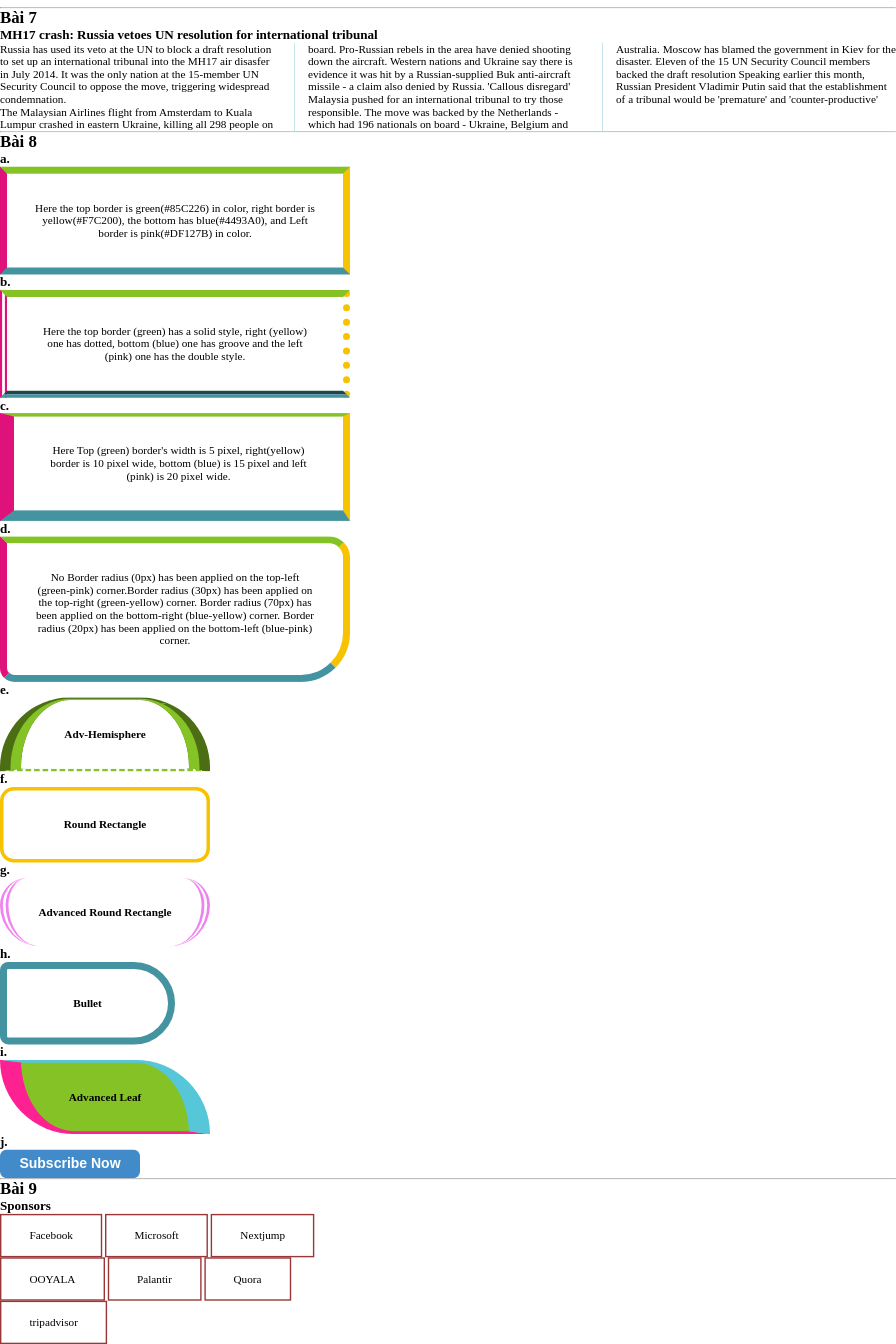
Repository: hoangnguyen1903/STT_21084321_NguyenHuyHoang_DHKHMT17B
Page: html/index.html
An editor plug-in stored every save of this project. The page is shown before and after the next save, followed by the edit.
The browser window is 1280 px wide. The pictures show the part of the page from y = 2313 to 4233 px (the page is 4233 px tall before and 4109 px after), at 70% of full size.

Above is the page before, as saved 2023-03-03 15:19:36.

After the next save:
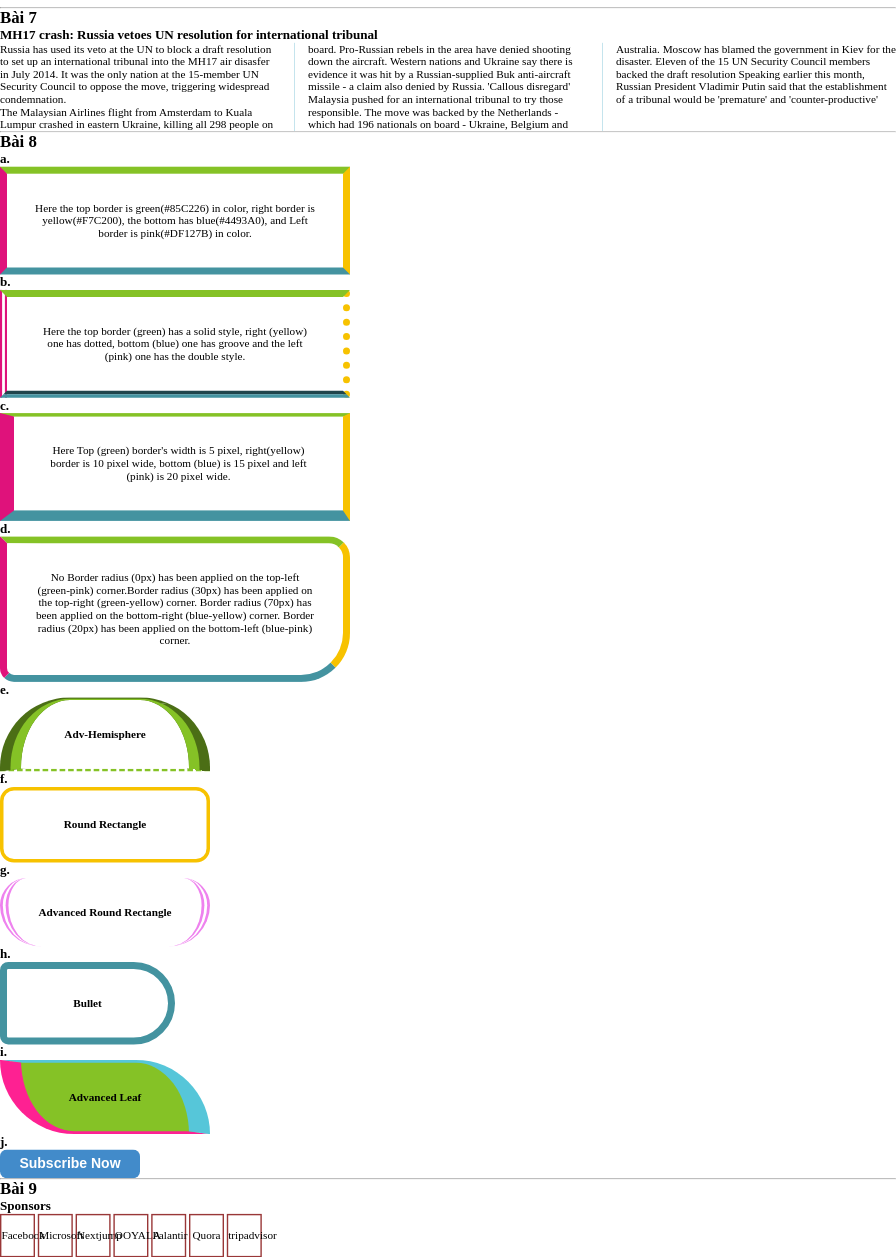
Saved 44 s later.
--- a/html/index.html
+++ b/html/index.html
@@ -231,7 +231,8 @@
 
       #bai9 > ul > li {
         text-align: center;
-        padding: 20px 40px;
+        width: 50px;
+        padding: 20px 0;
         border: 2px solid #993738;
         display: inline-block;
       }
